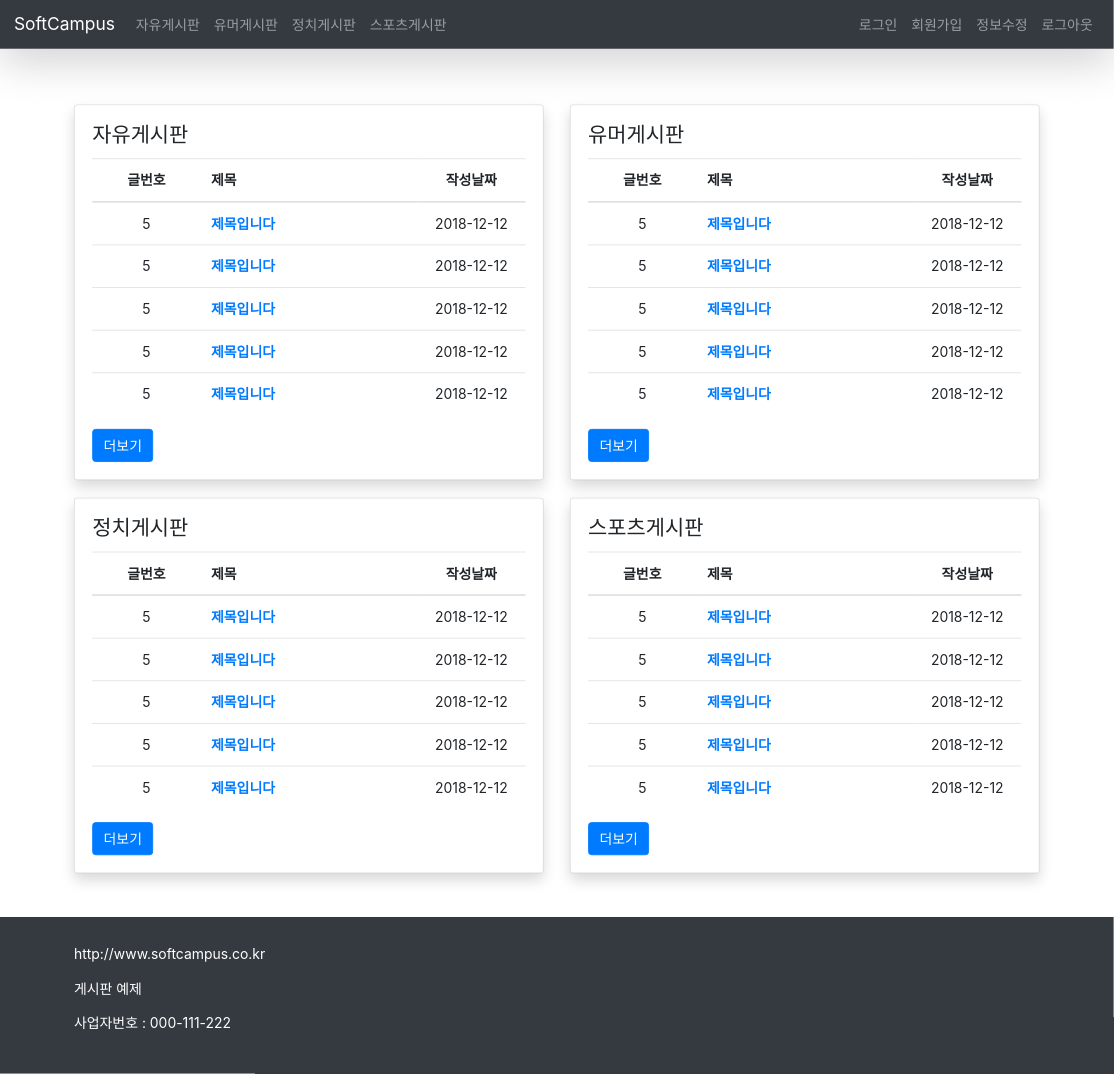
Repository: Wunhyeon/SpringMVC
Page: http://localhost/MiniProjectJava/WEB-INF/views/main.jsp
An editor plug-in stored every save of this project. The page is shown before and after the next save, followed by the edit.
The browser window is 1280 px wide. The pictures show the whole page, at 87% of full size.
The page is served by Tomcat 9. Nobody is signed in. The template is opened directly, without the code that normally fills it, so the values that code supplies are empty.

Above is the page before, as saved 2020-09-04 01:48:05.

After the next save:
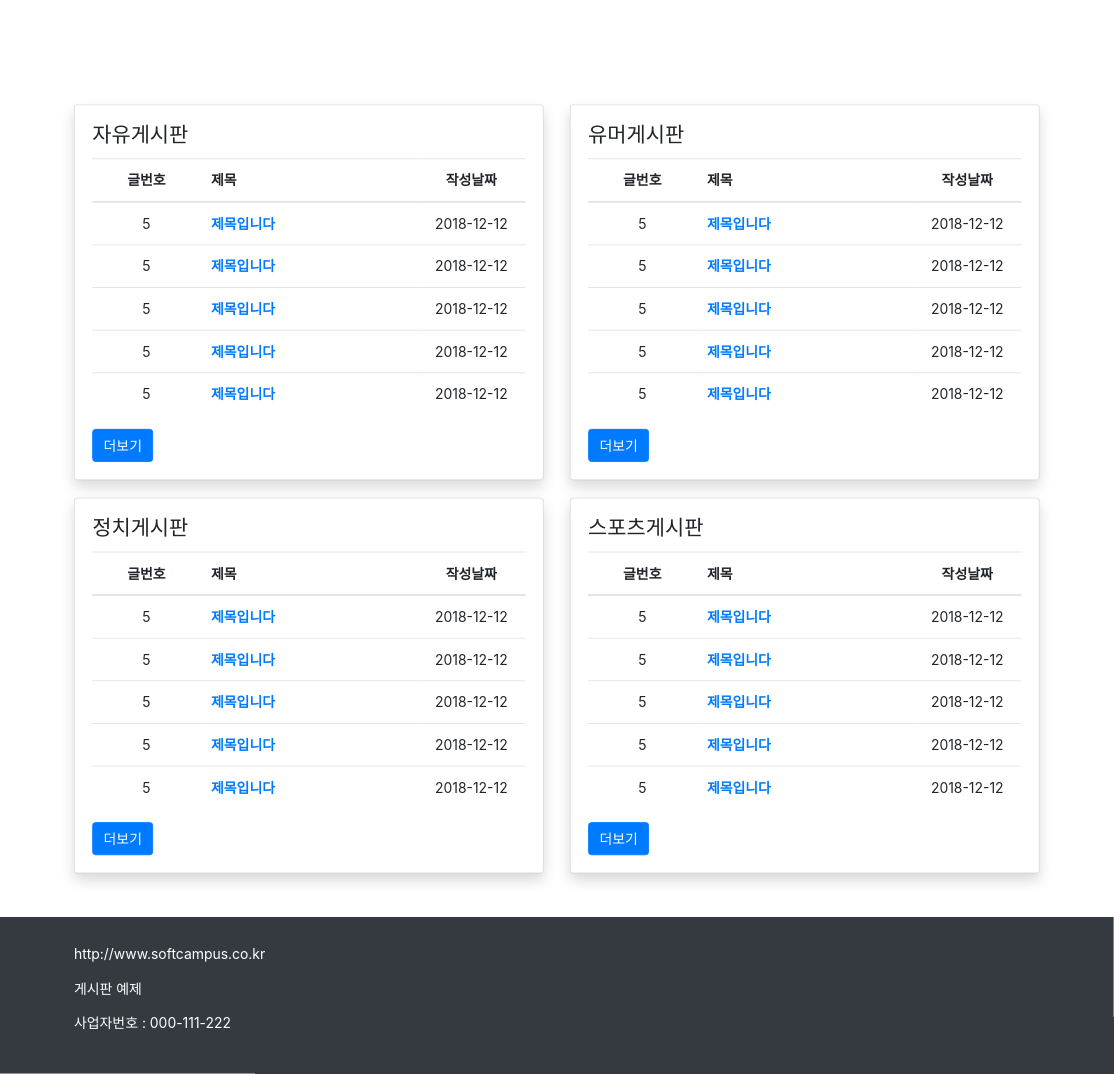
Saved 78 s later.
--- a/MiniProjectJava/WebContent/WEB-INF/views/main.jsp
+++ b/MiniProjectJava/WebContent/WEB-INF/views/main.jsp
@@ -14,45 +14,7 @@
 </head>
 <body>
 
-<!-- 상단 메뉴 부분 -->
-<nav class="navbar navbar-expand-md bg-dark navbar-dark fixed-top shadow-lg">
-	<a class="navbar-brand" href="index.html">SoftCampus</a>
-	<button class="navbar-toggler" type="button" data-toggle="collapse"
-	        data-target="#navMenu">
-		<span class="navbar-toggler-icon"></span>
-	</button>
-	<div class="collapse navbar-collapse" id="navMenu">
-		<ul class="navbar-nav">
-			<li class="nav-item">
-				<a href="board_main.html" class="nav-link">자유게시판</a>
-			</li>
-			<li class="nav-item">
-				<a href="board_main.html" class="nav-link">유머게시판</a>
-			</li>
-			<li class="nav-item">
-				<a href="board_main.html" class="nav-link">정치게시판</a>
-			</li>
-			<li class="nav-item">
-				<a href="board_main.html" class="nav-link">스포츠게시판</a>
-			</li>
-		</ul>
-
-		<ul class="navbar-nav ml-auto">
-			<li class="nav-item">
-				<a href="login.html" class="nav-link">로그인</a>
-			</li>
-			<li class="nav-item">
-				<a href="join.html" class="nav-link">회원가입</a>
-			</li>
-			<li class="nav-item">
-				<a href="modify_user.html" class="nav-link">정보수정</a>
-			</li>
-			<li class="nav-item">
-				<a href="index.html" class="nav-link">로그아웃</a>
-			</li>
-		</ul>
-	</div>
-</nav>
+
 
 <!-- 게시판 미리보기 부분 -->
 <div class="container" style="margin-top:100px">
